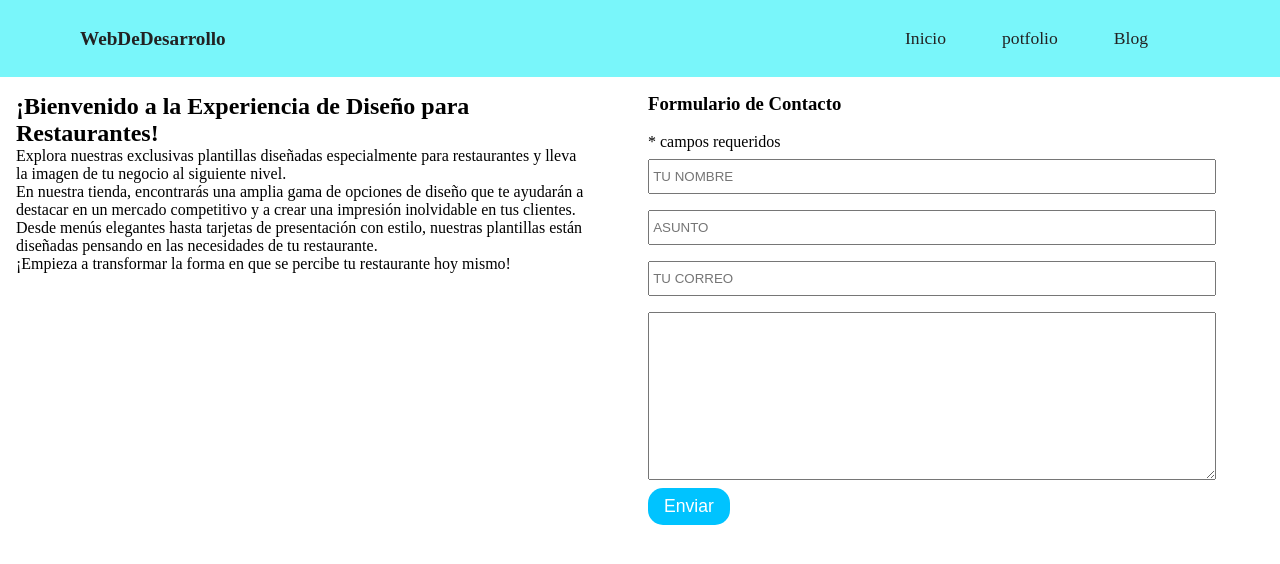
Repository: cega17/pagina-CegaWeb
Page: form.html
The author's editor kept a copy of each file at every save. The page is drawn from the files as they stood at one save, then again after the next save.
The browser window is 1280 px wide. The pictures show the whole page.

Above is the page before, as saved 2023-10-06 21:05:41.

After the next save:
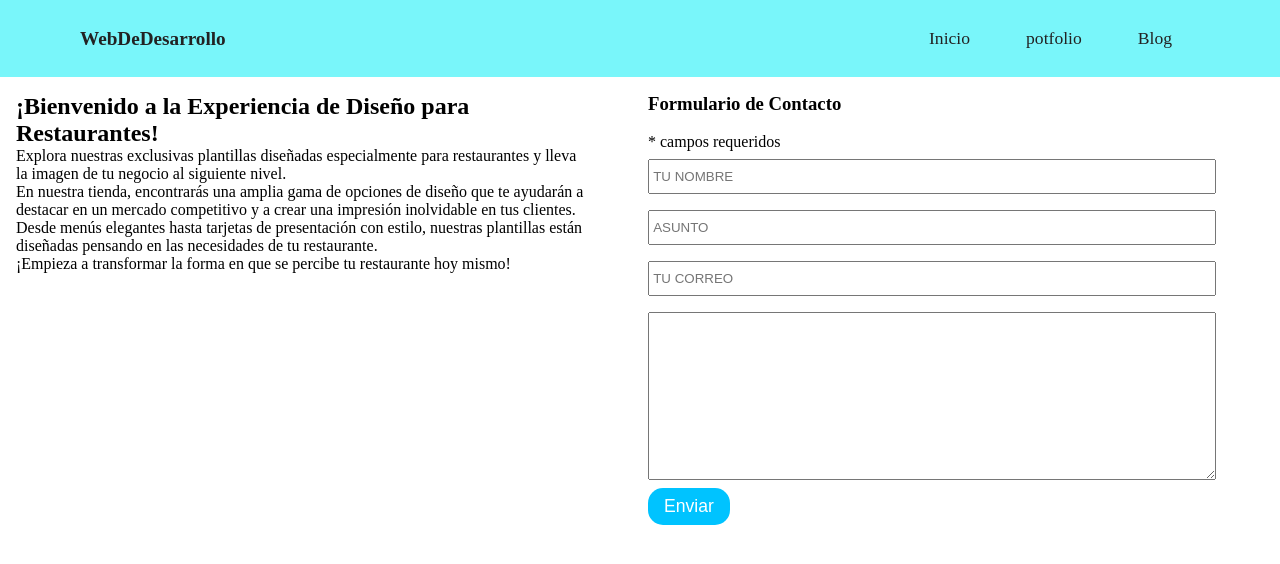
Saved 6 s later.
--- a/form.html
+++ b/form.html
@@ -31,7 +31,7 @@
                 <li class="menu-item"><a href="indexPortf.html">potfolio</a></li>
 
                 <li class="menu-item"><a href="/">Blog</a></li>
-                <li class="menu-item">
+
 
                 </li>
               </ul>
